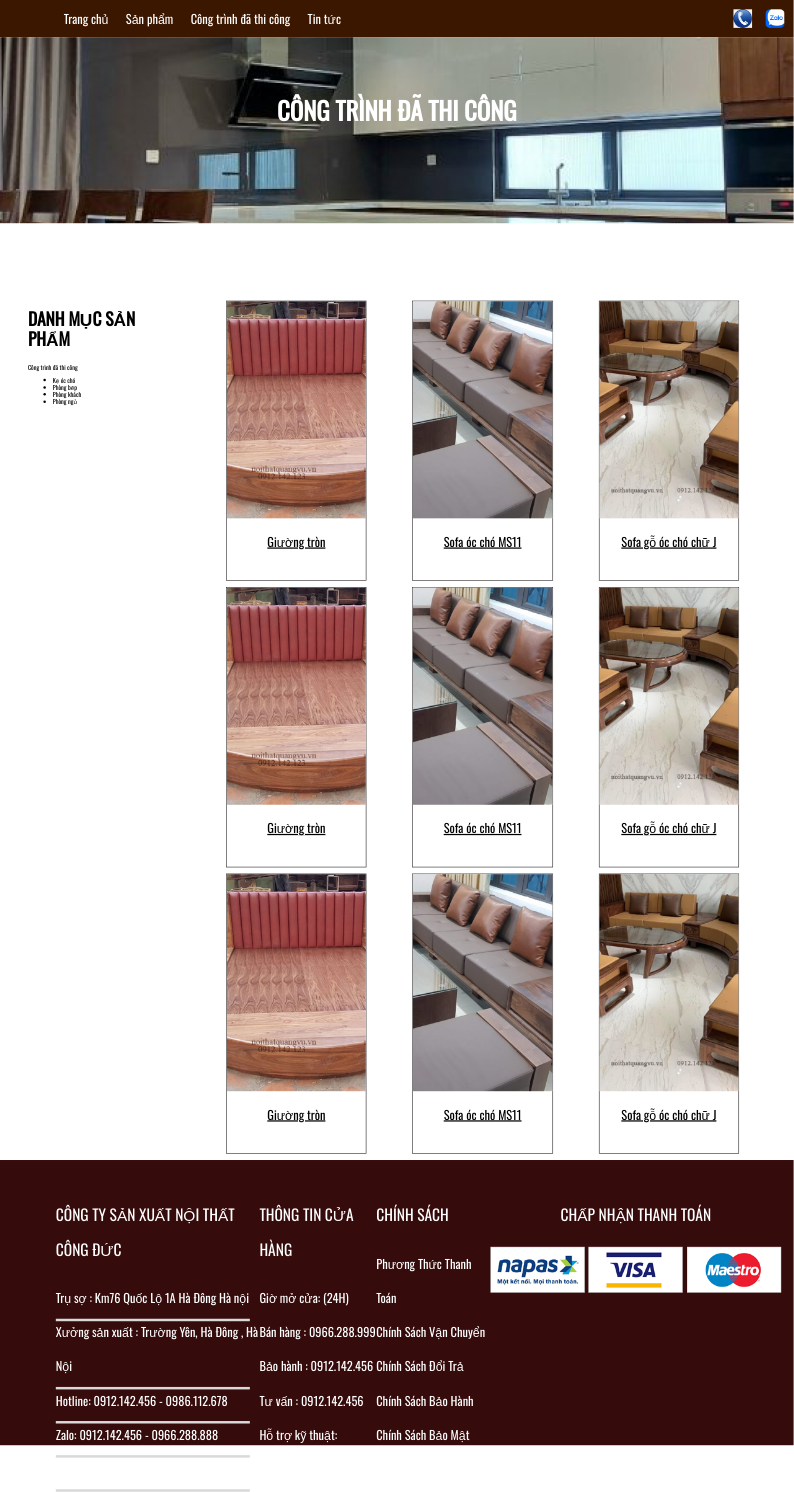
Repository: KHANHD192/FigmaTo-HTML
Page: APP-SHOP/ctdtc.html
The author's editor kept a copy of each file at every save. The page is drawn from the files as they stood at one save, then again after the next save.
The browser window is 1280 px wide. The pictures show the whole page, at 62% of full size.

Above is the page before, as saved 2022-11-22 00:19:45.

### APP-SHOP/ctdtc.html
<!DOCTYPE html>
<html lang="en">
<head>
    <meta charset="UTF-8">
    <meta http-equiv="X-UA-Compatible" content="IE=edge">
    <meta name="viewport" content="width=device-width, initial-scale=1.0">
    <title>Công trình đã thi công</title>
    <link rel="stylesheet" href="https://cdnjs.cloudflare.com/ajax/libs/normalize/8.0.1/normalize.min.css" integrity="sha512-NhSC1YmyruXifcj/KFRWoC561YpHpc5Jtzgvbuzx5VozKpWvQ+4nXhPdFgmx8xqexRcpAglTj9sIBWINXa8x5w==" crossorigin="anonymous" referrerpolicy="no-referrer" />
    <link rel="stylesheet" href="./asset/Css_main/base.css">
    <link rel="stylesheet" href="./asset/Css_main/main.css">
    <link rel="preconnect" href="https://fonts.googleapis.com">
     <link rel="preconnect" href="https://fonts.gstatic.com" crossorigin>
     <style>
        html{
            font-family: 'Oswald', sans-serif;
        }
        .header__background{
       height: 300px;
       position:relative;
         }
         .header__background-heading{
            position:absolute;
            font-size: 40px;
            line-height: 74.1px;
            color: white;
            top:30%;
            left:50%;
            transform: translate(-50%,-50%);
         }
         .app__container1{
            margin-top: 115px;
            display:flex;
         }
         .container__category{
            width:335px;
            height:377px;
            margin-left: 45px;
         }
         .container__category .category__title{
                   font-size: 28px;
         }
         .category__title p {
            font-size:24px;
         }
     </style>
</head>
<body>
    <div class="app">
        <header class="app__header">
            <div class="header__nav-bar">
               <ul class="nav-bar__item">
                   <li>
                       <a href="./index.html" class="nav-bar__item-link">Trang chủ</a>
                   </li>
                   <li>
                       <a href="#" class="nav-bar__item-link">Sản phẩm</a>
                   </li>
                   <li>
                       <a href="./ctdtc.html" class="nav-bar__item-link">Công trình đã thi công</a>
                   </li>
                   <li>
                       <a href="./tintuc.html" class="nav-bar__item-link">Tin tức</a>
                   </li>
               </ul>
               <ul class="nav-bar__icon">
                   <li>
                       <img src="./asset/IMG/image 3.png" alt="" class="logo">
                   </li>
                   <li>
                       <img src="./asset/IMG/image 2.png" alt="" class="logo">
                   </li>
               </ul>
            </div>
            <div class="header__background">
                <h1 class="header__background-heading">CÔNG TRÌNH ĐÃ THI CÔNG</h1>
                <img src="./asset/IMG/back_ctdtc.png" alt="background">
            </div>
         </header>
         <div class="app__container1">
            <div class="container__category">
                   <h2 class="category__title">DANH MỤC SẢN PHẨM </h2>
                    <p>Công trình đã thi công</p>
                    <ul class="category__list">
                        <li class="item__list">
                            Kệ óc chó
                        </li>
                        <li class="item__list">
                            Phòng bếp
                        </li>
                        <li class="item__list">
                            Phòng khách
                        </li>
                        <li class="item__list">
                            Phòng ngủ
                        </li>
                    </ul>
            </div>
            <div class="container__content">
                <div class="collect1">
                    <ul class="list__item">
                        <li>
                            <div class="wrap__image">
                                <img src="./asset/IMG/image 5 (17).png" alt="" class="item__image">
                            </div>
                            <a href="https://noithatquangvu.vn/san-pham/giuong-tron/" class="item__image-link">Giường tròn</a>
                        </li>
                        <li>
                              <div class="wrap__image">
                                <img src="./asset/IMG/image 5 (18).png" alt="" class="item__image">
                              </div>
                            <a href="https://noithatquangvu.vn/san-pham/sofa-oc-cho/" class="item__image-link">Sofa óc chó MS11</a>
                        </li>
                        <li>
                             <div class="wrap__image">
                                <img src="./asset/IMG/image 5 (19).png" alt="" class="item__image">
                             </div>
                            <a href="https://noithatquangvu.vn/san-pham/sofa-go-oc-cho-chu-j/" class="item__image-link">Sofa gỗ óc chó chữ J</a>
                        </li>

                    </ul>
                </div>
                <div class="collect1">
                    <ul class="list__item">
                        <li>
                            <div class="wrap__image">
                                <img src="./asset/IMG/image 5 (17).png" alt="" class="item__image">
                            </div>
                            <a href="https://noithatquangvu.vn/san-pham/giuong-tron/" class="item__image-link">Giường tròn</a>
                        </li>
                        <li>
                              <div class="wrap__image">
                                <img src="./asset/IMG/image 5 (18).png" alt="" class="item__image">
                              </div>
                            <a href="https://noithatquangvu.vn/san-pham/sofa-oc-cho/" class="item__image-link">Sofa óc chó MS11</a>
                        </li>
                        <li>
                             <div class="wrap__image">
                                <img src="./asset/IMG/image 5 (19).png" alt="" class="item__image">
                             </div>
                            <a href="https://noithatquangvu.vn/san-pham/sofa-go-oc-cho-chu-j/" class="item__image-link">Sofa gỗ óc chó chữ J</a>
                        </li>

                    </ul>
                </div>
                <div class="collect1">
                    <ul class="list__item">
                        <li>
                            <div class="wrap__image">
                                <img src="./asset/IMG/image 5 (17).png" alt="" class="item__image">
                            </div>
                            <a href="https://noithatquangvu.vn/san-pham/giuong-tron/" class="item__image-link">Giường tròn</a>
                        </li>
                        <li>
                              <div class="wrap__image">
                                <img src="./asset/IMG/image 5 (18).png" alt="" class="item__image">
                              </div>
                            <a href="https://noithatquangvu.vn/san-pham/sofa-oc-cho/" class="item__image-link">Sofa óc chó MS11</a>
                        </li>
                        <li>
                             <div class="wrap__image">
                                <img src="./asset/IMG/image 5 (19).png" alt="" class="item__image">
                             </div>
                            <a href="https://noithatquangvu.vn/san-pham/sofa-go-oc-cho-chu-j/" class="item__image-link">Sofa gỗ óc chó chữ J</a>
                        </li>

                    </ul>
                </div>
            </div>
         </div>
         <footer class="app__footer">
            <div class="footer__addres">
                <p class="addres__title">CÔNG TY SẢN XUẤT NỘI THẤT CÔNG ĐỨC</p>
                <ul>
                    <li class="address__item" >Trụ sợ : Km76 Quốc Lộ 1A Hà Đông Hà nội</li>
                    <li class="address__item">Xưởng sản xuất : Trường Yên, Hà Đông , Hà Nội</li>
                    <li class="address__item">Hotline: 0912.142.456 - 0986.112.678 </li>
                    <li class="address__item">Zalo: 0912.142.456 - 0966.288.888</li>
                    <li class="address__item">
                        <a href="noithatcongduc.com.vn">Website: noithatcongduc.com.vn</a>
                    </li>
                </ul>
            </div>
            <div class="footer__info">
                <p class="addres__title">THÔNG TIN CỬA HÀNG </p>
                <ul>
                    <li> Giờ mở cửa: (24H)</li>
                    <li>Bán hàng : 0966.288.999</li>
                    <li> Bảo hành : 0912.142.456 </li>
                    <li>Tư vấn : 0912.142.456</li>
                    <li class="info__item">
                        <a href="tel:098.611.2158">Hỗ trợ kỹ thuật: 098.611.2158</a>
                    </li>
                </ul>
            </div>
            <div class="footer__term">
                <p class="addres__title">CHÍNH SÁCH</p>
                <ul>
                    <li>Phương Thức Thanh Toán</li>
                    <li>Chính Sách Vận Chuyển</li>
                    <li>Chính Sách Đổi Trả </li>
                    <li>Chính Sách Bảo Hành</li>
                    <li>
                        Chính Sách Bảo Mật Thông Tin
                    </li>
                </ul>
            </div>
            <div class="footer__payal">
                <p class="addres__title">CHẤP NHẬN THANH TOÁN</p>
                <ul class="payal__item">
                    <li>
                           <img src="./asset/IMG/image 8.png" alt="Phương thức thanh toán">
                    </li>
                </ul>
            </div>
        </footer>
    </div>
</body>
</html>

### APP-SHOP/asset/Css_main/base.css
@import url('https://fonts.googleapis.com/css2?family=Oswald&family=Roboto:wght@100&display=swap');
/* header */
html{
    font-size: 62.5%;
    box-sizing: border-box;
    font-family: 'Oswald', sans-serif;
}
.app{
    max-width: 1800px;
}
.app__header{

}
.header__nav-bar{
      display: flex;
      justify-content: space-between;
      height: 60px;
      background-color: #3C1700;;
}
.nav-bar__item {
    width: 603px;
    height: 30px;
    list-style: none;
    display: flex;
    font-family: 'Oswald', sans-serif;
    font-size: 20px;
    line-height: 29.64px;
    margin-top: 15px;
    margin-bottom: 15px ;
    margin-left: 63px;
}
.nav-bar__item-link{
    text-decoration: none;
    color: #FFFFFF;
    margin-right: 28px;
}
.header__nav-bar:not(:last-child){
    margin-right: 0;
}
.nav-bar__icon{
    list-style: none;
    display: flex;
    margin-top: 15px;
    margin-bottom: 15px ;
    margin-right: 15px;
}
.logo{
    width: 30px;
    height: 30px;
}
.logo:last-child{
    margin-left: 22px;
}
.header__background{
    width:100%;
    height: 420px;
}
.header__background img{
    width: 100%;
    height: 100%;
    object-fit: cover;
}
/* footer */
footer{
    max-width: 1800px;
    height:460px;
    background-color: #350B0C;
    color: #FFFFFF;
}
footer ul{
    list-style: none;
    padding: 0;
    font-size: 20px;
}
.app__footer{
    display:flex;
    justify-content: space-between;
}
.addres__title{
    font-size: 25px;
}
.footer__addres , .footer__info ,.footer__term ,.footer__payal{
    margin-top:35px;
}
.footer__addres{
    max-width: 508px;
    height:375px;
    margin-left:90px;
   line-height: 55px;
}
.address__item{
    position: relative;
}
.address__item::after{
    content: "";
    position: absolute;
    width: 313px;
    height: 4px;
    background-color: #D9D9D9;
    left:0;
    bottom: -10px;
}
.address__item a ,.info__item a {
    text-decoration: none;
    color:#FFFFFF;
}
 .footer__info{
    max-width: 412px;
    height: 356px;
    line-height: 55px;
 }
 .footer__term{
    max-width: 260px;
    height: 356px;
    line-height: 55px;
 }
 .footer__payal{
    line-height: 55px;
    margin-right: 20px;
 }
.footer__payal p {
    text-align: center;
}

### APP-SHOP/asset/Css_main/main.css
.app__container{
 max-width: 1800px;
    height: 3835px;
}
.collect1 h2{
    width: 285px;
    height: 42px;
    font-family: 'Oswald', sans-serif;
    font-weight: 400;
    font-size: 30px;
    line-height: 44.46px;
    color: #000000;
    position: relative;
    margin-top: 61px;
    margin-bottom: 61px;
    margin-left: 72px;
}
.collect1 h2::after{
    content: "";
    position: absolute;
    width: 1365px;
    height: 4px;
    background-color: #D9D9D9;
    left:0;
    bottom: -10px;

}
.collect1 .list__item{
    list-style: none;
    display: flex;
    margin-left:77px;
    margin-right: 88px;
    padding-left: 0;
}
.list__item li {
   max-width: 350px;
    height: 450px;
    border:  1px solid #332F2F;
    margin-right: 74px;
}
.list__item li:last-child{
    margin-right: 0;
}
li .wrap__image{
   max-width: 350px;
    height: 350px;
}
.item__image-link{
    display: block;
    max-width:100%;
    height: 63px;
    font-size: 20px;
    font-weight: 400;
    line-height: 44.46px;
   text-align: center;
   padding-top: 1.5rem;
    color: #000000;
}
li .wrap__image img{
    width: 100%;
    height: 100%;
    object-fit: cover;
}

.project__tiltle p {
    text-align: center;
    margin-top:91px;
    font-size: 50px;
    line-height: 74.1px;
    margin-bottom: 50px;
}
.list__project{
    display:flex;
    list-style: none;
    margin-left:131px;
    margin-right:131px;
    padding-left: 0;
    justify-content: space-between;
}
.list__project-item{
    max-width: 700px;
    height: 560px;
    border:  1px solid #332F2F;
}
.enfold__image{
    max-width: 700px;
    height: 400px;
}
.enfold__image img {
    width: 100%;
    height: 100%;
}
.item__project-link{
    display: block;
    max-width:100%;
    height: 63px;
    font-size: 30px;
    font-weight: 400;
    line-height: 44.46px;
   text-align: center;
   padding-top: 5rem;
    color:#6C271E;
}
.list__project-item:first-child{
    margin-right: 148px;
}
.collect1 p {
    text-align: center;
    margin-top:91px;
    font-size: 50px;
    line-height: 74.1px;
    margin-bottom: 50px;
}
.detail2{
    margin-top: 80px;
}

After the next save:
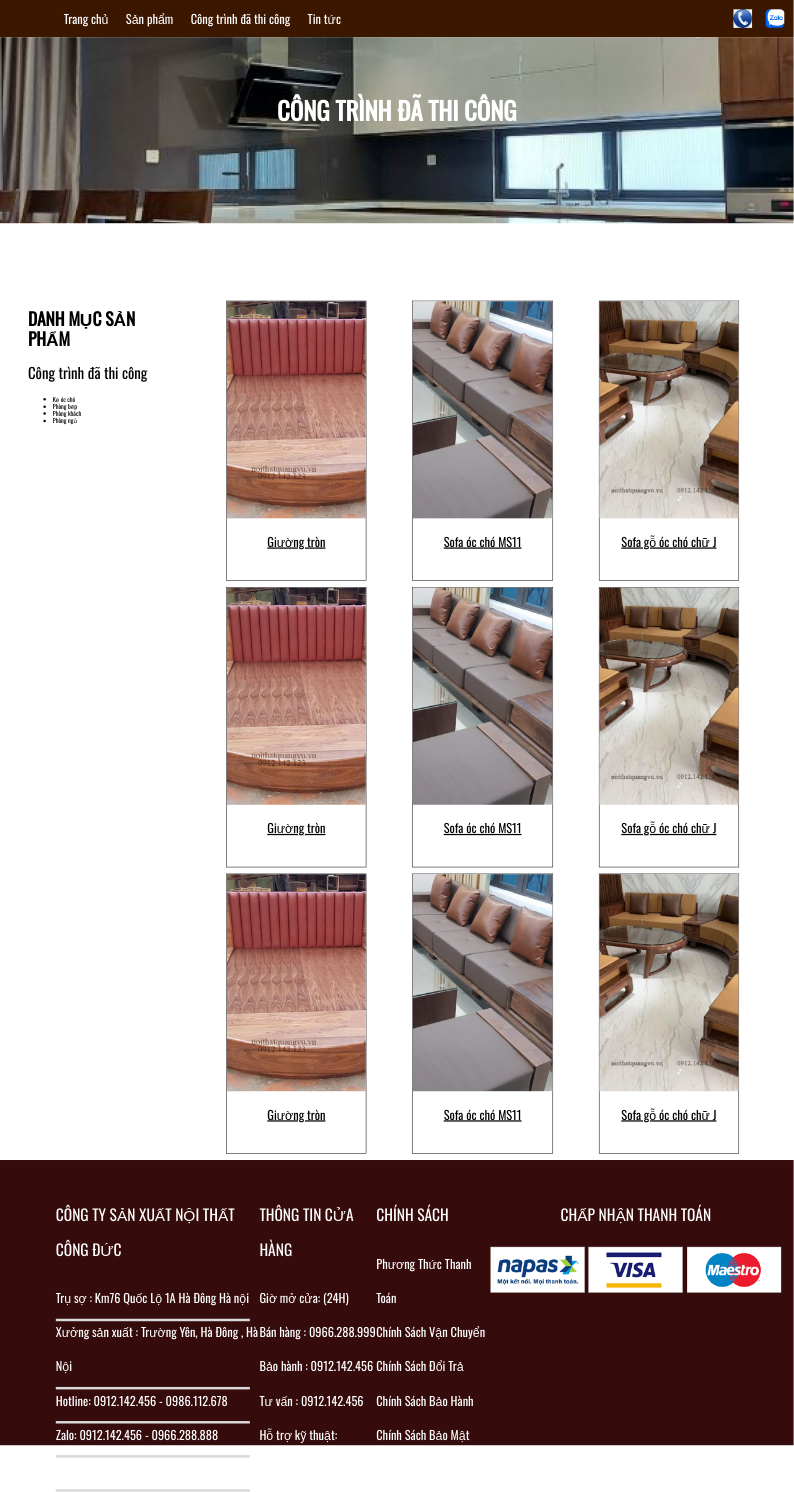
Saved 17 s later.
--- a/APP-SHOP/ctdtc.html
+++ b/APP-SHOP/ctdtc.html
@@ -39,7 +39,7 @@
          .container__category .category__title{
                    font-size: 28px;
          }
-         .category__title p {
+         .category__title +p {
             font-size:24px;
          }
      </style>
